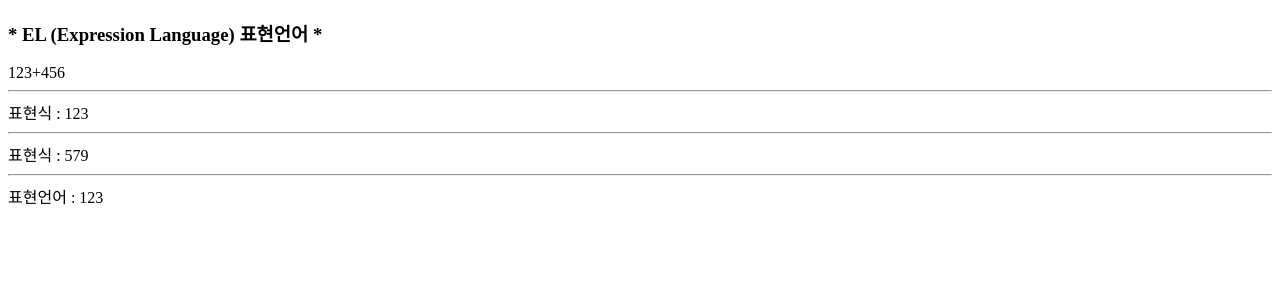
Repository: wlsgml0156/basicJava
Page: http://localhost/mvcTest/el/elTest3.jsp
An editor plug-in stored every save of this project. The page is shown before and after the next save, followed by the edit.
The browser window is 1280 px wide. The pictures show the whole page.
The page is served by Tomcat 9.

Above is the page before, as saved 2020-01-30 01:16:07.

After the next save:
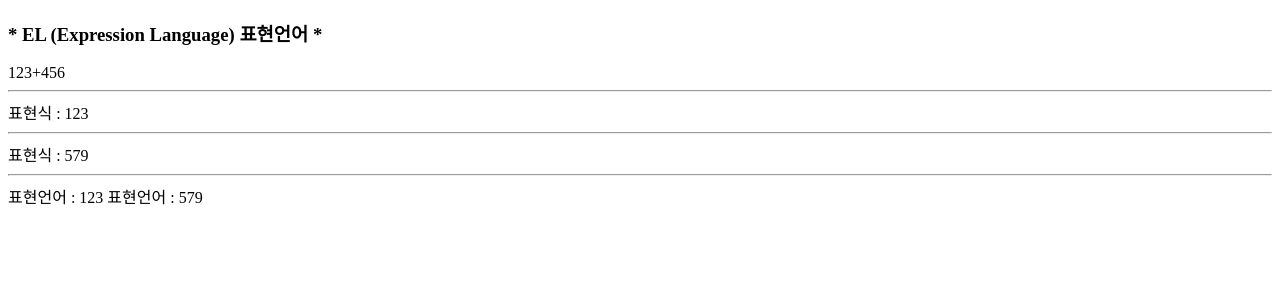
Saved 33 s later.
--- a/mvcTest/WebContent/el/elTest3.jsp
+++ b/mvcTest/WebContent/el/elTest3.jsp
@@ -11,6 +11,7 @@
 표현식 : <%=123%><hr>
 표현식 : <%=123+456%><hr>
 표현언어 : ${123}
+표현언어 : ${123+456}
 
 
 
